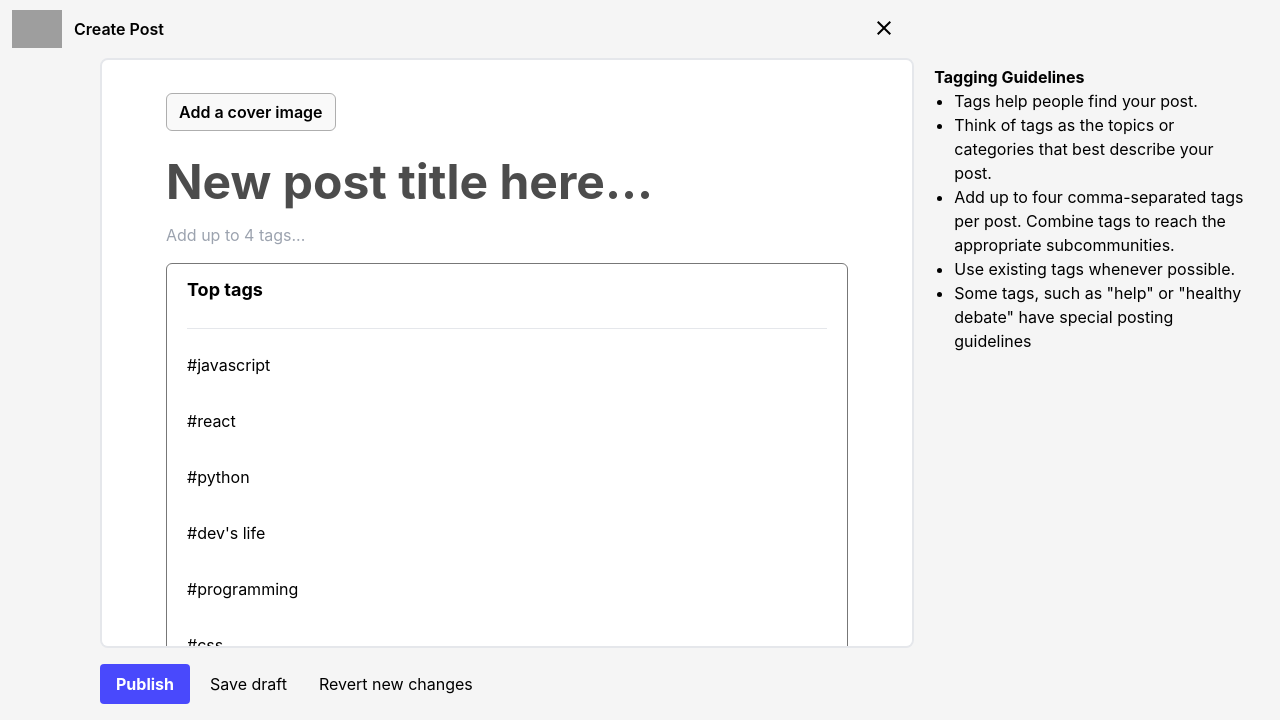
Repository: dat-nguyen-2001/Dev.to
Page: /new (app in client/)
An editor plug-in stored every save of this project. The page is shown before and after a run of saves, followed by the edit.
The browser window is 1280 px wide. The pictures show the whole page.
Pictures or frames that could not be fetched are drawn as grey boxes. An inner scrolling area shows only its first screen. The project was rebuilt for these pictures with package versions that can differ from the ones it lists, and the page was loaded fresh each time. Also part of the build but not shown: client/src/components/Footer.tsx, client/src/components/nav/GuestNav.tsx, client/src/components/nav/NavBar.tsx, client/src/components/Layout.tsx, client/src/pages/about.tsx, client/src/components/SignInForm.tsx, client/src/components/SignInPlatform.tsx, client/src/pages/enter.tsx and 1 more.

Above is the page before, as saved 2022-09-25 12:01:55.

### client/public/index.html
<!DOCTYPE html>
<html lang="en">
  <head>
    <meta charset="utf-8" />
    <link rel="icon" href="%PUBLIC_URL%/dev.to-icon.png" />
    <meta name="viewport" content="width=device-width, initial-scale=1" />
    <meta name="theme-color" content="#000000" />
    <meta
      name="description"
      content="Web site created using create-react-app"
    />
  </head>
  <body>
    <noscript>You need to enable JavaScript to run this app.</noscript>
    <div id="root"></div>
  </body>
</html>

### client/src/index.tsx
import React from 'react';
import ReactDOM from 'react-dom/client';
import './index.css';
import App from './App';
import reportWebVitals from './reportWebVitals';

const root = ReactDOM.createRoot(
  document.getElementById('root') as HTMLElement
);
root.render(
  <React.StrictMode>
      <App />
  </React.StrictMode>
);

// If you want to start measuring performance in your app, pass a function
// to log results (for example: reportWebVitals(console.log))
// or send to an analytics endpoint. Learn more: https://bit.ly/CRA-vitals
reportWebVitals();

### client/src/index.css
@tailwind base;
@tailwind components;
@tailwind utilities;

body {
  margin: 0;
  font-family: -apple-system, BlinkMacSystemFont, 'Segoe UI', 'Roboto', 'Oxygen',
    'Ubuntu', 'Cantarell', 'Fira Sans', 'Droid Sans', 'Helvetica Neue',
    sans-serif;
  -webkit-font-smoothing: antialiased;
  -moz-osx-font-smoothing: grayscale;
  background-color: #f5f5f5;
}

code {
  font-family: source-code-pro, Menlo, Monaco, Consolas, 'Courier New',
    monospace;
}


.space-between {
  justify-content: space-between;
}

.icon {
  @apply w-9 h-9 hover:text-[blue]/70 hover:bg-[#e2e3f3] text-center cursor-pointer rounded py-1
}

/* make words between a line */

.linedWord::before, .linedWord::after {
  content: "";
  flex: 1 1;
  border-bottom : 1px solid black;
  margin: auto
}

.linedWord::before {
  margin-right: 5px
}

.linedWord::after {
  margin-left: 5px
}

.registerInput {
  @apply h-[40px] border-[1px] rounded pl-1
}

### client/src/App.tsx
import {
  BrowserRouter as Router,
  Routes,
  Route,
} from 'react-router-dom';

import AboutPage from './pages/about';
import SignIn from './pages/enter';
import HomePage from './pages/home';
import New from './pages/new';

function App() {
  return (<Router>
    <Routes>
    <Route path='/' element={< HomePage />}></Route>
      <Route path='/about' element={< AboutPage />}></Route>
      <Route path='/enter' element={< SignIn />}></Route>
      <Route path='/new' element={< New />}></Route>
    </Routes>
  </Router>

  );
}

export default App;

### client/src/pages/new.tsx
import ClearIcon from '@mui/icons-material/Clear';
import FormatListNumberedIcon from '@mui/icons-material/FormatListNumbered';
import FormatListBulletedIcon from '@mui/icons-material/FormatListBulleted';
import FormatBoldIcon from '@mui/icons-material/FormatBold';
import FormatItalicIcon from '@mui/icons-material/FormatItalic';
import ImageIcon from '@mui/icons-material/Image';
import AttachmentIcon from '@mui/icons-material/Attachment';
import MoreVertIcon from '@mui/icons-material/MoreVert';
import FormatQuoteIcon from '@mui/icons-material/FormatQuote';
import CodeIcon from '@mui/icons-material/Code';
import BoltIcon from '@mui/icons-material/Bolt';
import { useEffect, useState } from 'react';

const New = () => {

    //Handle creating new article
    const createArticle = () => {
        console.log('created!')
    }

    //Preview image uploaded by user
    const [url, setUrl] = useState<string>('')
    const handlePreviewImage = (e: any) => {
        const file = e.target.files[0];
        const url = URL.createObjectURL(file);
        setUrl(url)
    }

    //Handle tags
    const tags = ["javascript", "react", "python", "dev's life", "programming", "css", "html", "typescript", "mongodb"]

    // Resize textarea when typing
    const textarea = document.querySelector('textarea');
    const handleResize = (e: any) => {
        const area = e.target;
        area.style.height = "auto";
        area.style.height = area.scrollHeight + "px";
    }
    if (textarea !== null) {
        textarea.addEventListener('input', handleResize)
    }


    return (
        <div className='md:grid grid-cols-4 bg-[#f5f5f5] lg:grid-cols-7 2xl:pl-[100px]'>
            <div className='flex flex-col content-center h-screen col-span-3 lg:col-span-5'>
                <div className='h-[8vh] flex items-center space-between px-3'>
                    <div className='flex items-center space-x-3'>
                        <a href='/' className='hidden md:inline'>
                            <img src="https://dev-to-uploads.s3.amazonaws.com/uploads/logos/resized_logo_UQww2soKuUsjaOGNB38o.png" width={50} className="cursor-pointer" />
                        </a>
                        <p className='font-semibold'>Create Post</p>
                    </div>
                    <div className='icon'>
                        <a href='/'>
                            <ClearIcon />
                        </a>
                    </div>
                </div>
                <div className='overflow-y-auto bg-white h-[82vh] border-[2px] rounded-lg flex flex-col py-3 md:py-10 px-2 md:px-16 space-y-5 lg:ml-[100px]'>
                    <form>
                        <input type="file" name='file' id='file' onChange={handlePreviewImage} className='w-0 h-0 opacity-0 overflow-hidden absolute z-[-1] ' />
                        <label htmlFor='file' className='bg-[#f9f9f9] font-semibold px-3 py-2 cursor-pointer rounded-md border-black/30 border-[1.5px]'>Add a cover image</label>
                    </form>

                    {/* preview image */}
                    {url !== "" &&
                        <div className='flex items-center space-x-10'>
                            <img src={url} width={200} />
                            <button className='text-lg px-3 py-1 text-[red] hover:bg-[#eeeeee] rounded-md' onClick={() => setUrl('')}>Remove</button>
                        </div>}

                    <form>
                        <input placeholder='New post title here...' className='text-3xl md:text-4xl lg:text-5xl w-full h-[130%] outline-none font-bold placeholder-black/70' />
                    </form>
                    <form className='relative'>
                        <input placeholder='Add up to 4 tags...' className='w-full outline-none' />
                        <div className='z-[100] absolute top-10 flex flex-col space-y-3 px-5 bg-white w-full border-[.1em] border-solid border-[#777] rounded-md'>
                            <h2 className='text-lg font-bold py-3'>Top tags</h2>
                            <hr></hr>
                            <ul className='flex flex-col space-y-2 cursor-pointer'>
                                {tags.map(tag => (
                                    <li key={tag} className='py-3'>#{tag}</li>
                                ))}
                            </ul>
                        </div>
                    </form>
                    <div className='bg-[#f9f9f9] w-full'>
                        <div className='flex space-between py-4 px-2 '>
                            <div className='flex space-x-3'>
                                <div className='icon'>
                                    <FormatBoldIcon />
                                </div>
                                <div className='icon'>
                                    <FormatItalicIcon />
                                </div>
                                <div className='icon hidden sm:inline'>
                                    <AttachmentIcon />
                                </div>
                                <div className='icon'>
                                    <FormatListNumberedIcon />
                                </div>
                                <div className='icon'>
                                    <FormatListBulletedIcon />
                                </div>
                                <div className='icon hidden md:inline'>
                                    <FormatQuoteIcon />
                                </div>
                                <div className='icon hidden md:inline'>
                                    <CodeIcon />
                                </div>
                                <div className='icon hidden md:inline'>
                                    <BoltIcon />
                                </div>
                                <div className='icon'>
                                    <ImageIcon />
                                </div>
                            </div>
                            <div className='icon'>
                                <MoreVertIcon />
                            </div>
                        </div>

                    </div>
                    <div className='w-full'>
                        <textarea placeholder='Write your post content here...' className='outline-none text-lg w-full' />
                    </div>
                </div>
                <div className='h-[10vh] flex items-center px-3 space-x-2 lg:ml-[100px] lg:px-0'>
                    <button className='px-4 py-2 rounded bg-[blue]/70 hover:bg-[blue] text-white font-bold text-base' onClick={createArticle}>Publish</button>
                    <button className='px-3 py-2 rounded hover:text-[blue]/70 hover:bg-[#e2e3f3]'>Save draft</button>
                    <button className='hidden sm:inline px-3 py-2 rounded hover:text-[blue]/70 hover:bg-[#e2e3f3] text-md'>Revert new changes</button>
                </div>
            </div>

            <div className='hidden md:inline col-span-1 lg:col-span-2 h-[82vh] my-auto px-2 lg:px-5 md:mr-4'>
                <h1 className='font-bold'>Tagging Guidelines</h1>
                <ul className='text-[14px] lg:text-base list-disc pl-5 '>
                    <li>Tags help people find your post.</li>
                    <li>Think of tags as the topics or categories that best describe your post.</li>
                    <li>Add up to four comma-separated tags per post. Combine tags to reach the appropriate subcommunities.</li>
                    <li>Use existing tags whenever possible.</li>
                    <li>Some tags, such as "help" or "healthy debate" have special posting guidelines</li>
                </ul>
            </div>

        </div>
    )
}

export default New

Loaded but not shown: client/src/reportWebVitals.ts (common file); client/tailwind.config.js (common file)

After the next 5 saves:
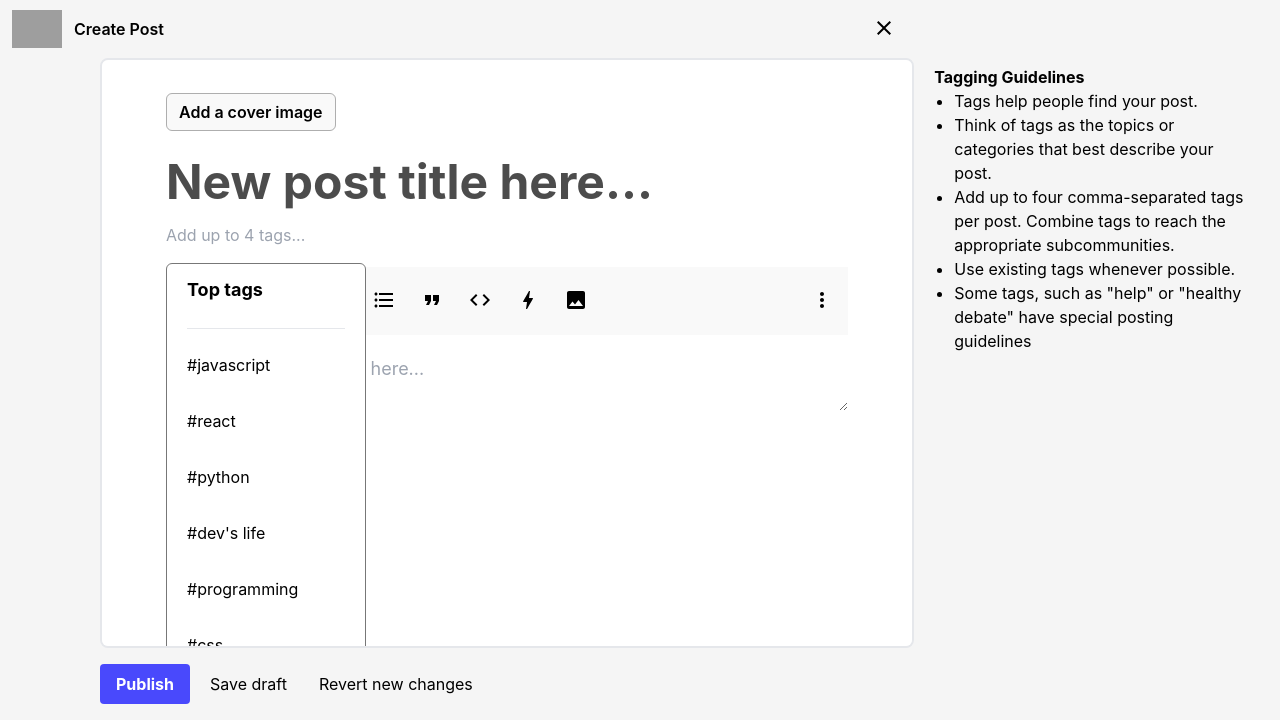
The 5 saves are shown as one change because they came seconds apart.
The last was saved 23 s later.
--- a/client/src/pages/new.tsx
+++ b/client/src/pages/new.tsx
@@ -75,7 +75,7 @@ const New = () => {
                     </form>
                     <form className='relative'>
                         <input placeholder='Add up to 4 tags...' className='w-full outline-none' />
-                        <div className='z-[100] absolute top-10 flex flex-col space-y-3 px-5 bg-white w-full border-[.1em] border-solid border-[#777] rounded-md'>
+                        <div className='z-[100] absolute top-10 flex flex-col space-y-3 px-5 bg-white w-full border-[.1em] border-solid border-[#777] rounded-md max-w-[200px] overflow'>
                             <h2 className='text-lg font-bold py-3'>Top tags</h2>
                             <hr></hr>
                             <ul className='flex flex-col space-y-2 cursor-pointer'>
